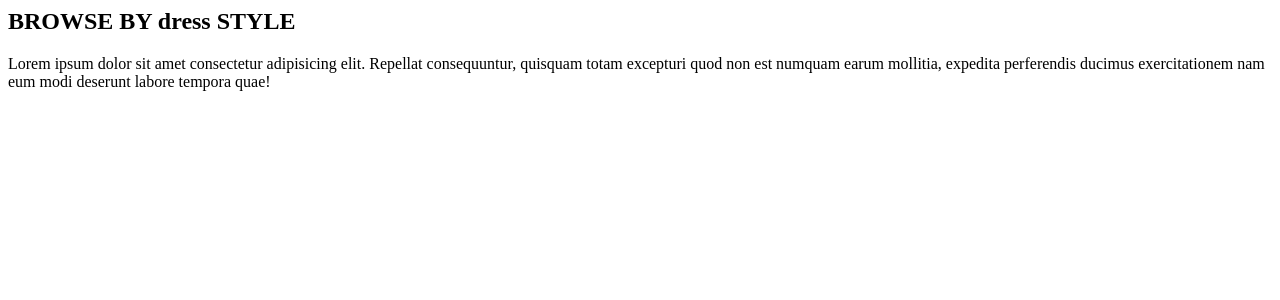
Repository: jekakoba/shop-co
Page: src/html/components/browse/_browse.html
These files come from the project's save history. The page is drawn as it stood at one moment and after the next save; the edit follows.
The browser window is 1280 px wide. The pictures show the whole page.

Above is the page before, as saved 2025-03-05 13:22:35.

After the next save:
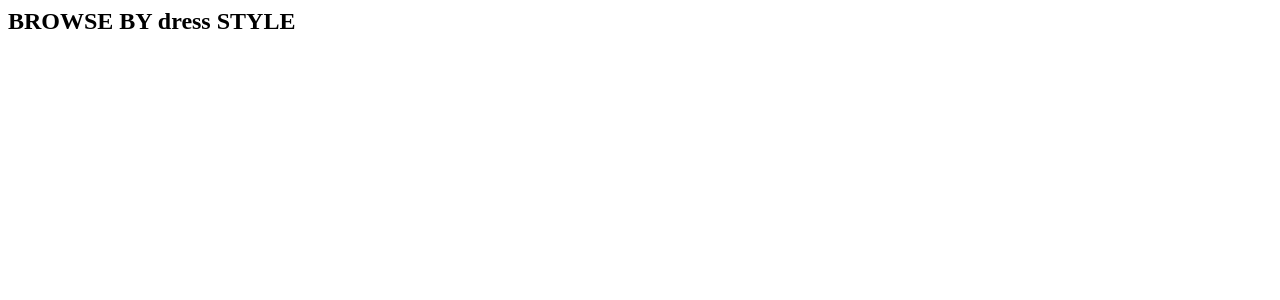
Saved 4 s later.
--- a/src/html/components/browse/_browse.html
+++ b/src/html/components/browse/_browse.html
@@ -2,8 +2,6 @@
 	<div class="container">
 		<div class="py-[76px] px-16 bg-c-gray rounded-primary">
 			<h2 class="text-center px-16 not-last:mb-16 font-bold font-f-secondary leading-none text-5xl">BROWSE BY dress STYLE</h2>
-			<p>Lorem ipsum dolor sit amet consectetur adipisicing elit. Repellat consequuntur, quisquam totam excepturi quod non est numquam earum mollitia, expedita perferendis ducimus exercitationem nam eum modi deserunt labore tempora quae!</p>
-
 		</div>
 	</div>
 </section>
